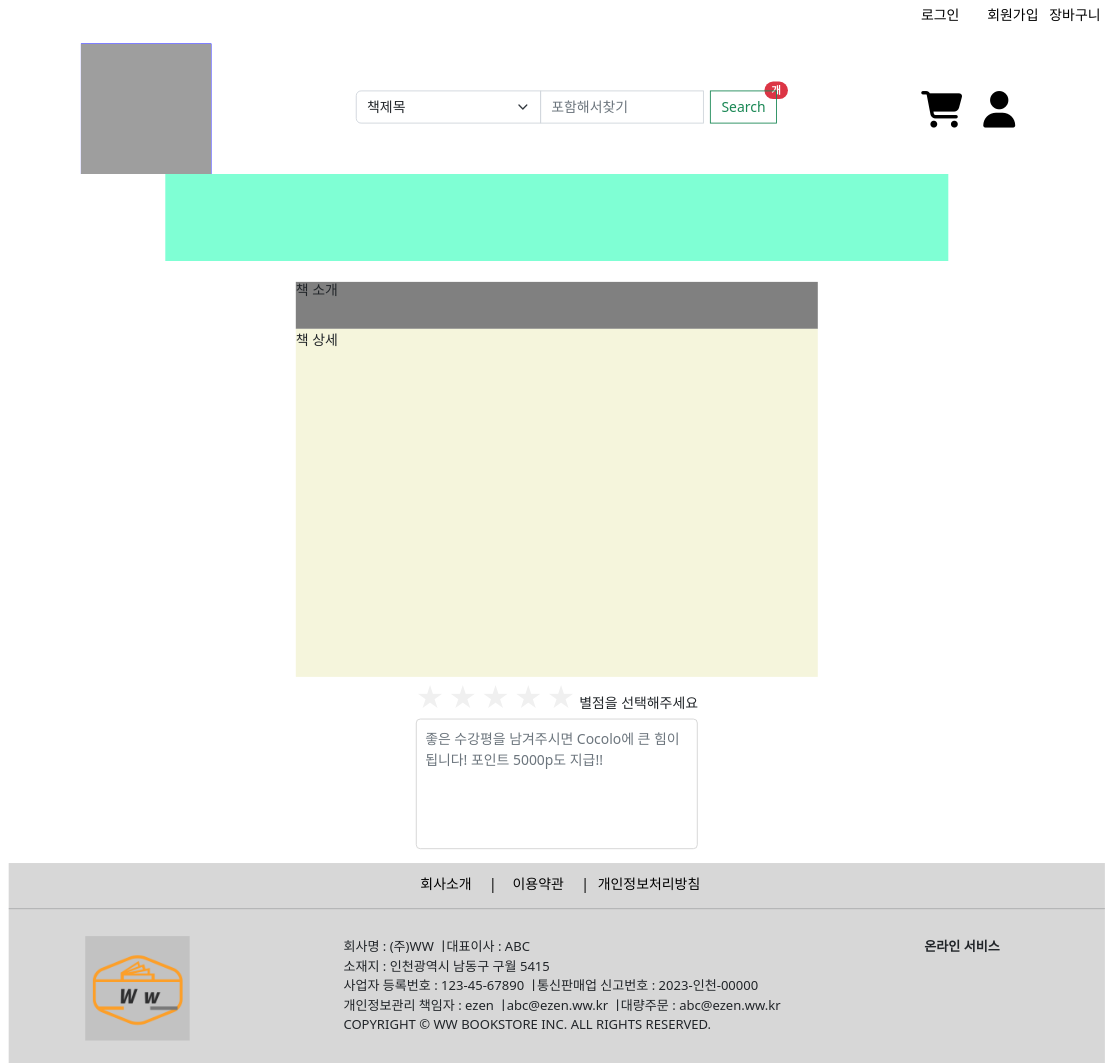
Repository: bongbongi/book1
Page: http://localhost/book/WEB-INF/views/book/bookDetailView.jsp
The author's editor kept a copy of each file at every save. The page is drawn from the files as they stood at one save, then again after the next save.
The browser window is 1280 px wide. The pictures show the whole page, at 87% of full size.
Pictures or frames that could not be fetched are drawn as grey boxes. Some web libraries are served in a nearby version. The page is served by Tomcat 9. Nobody is signed in. The template is opened directly, without the code that normally fills it, so the values that code supplies are empty.

Above is the page before, as saved 2023-01-17 08:47:03.

After the next save:
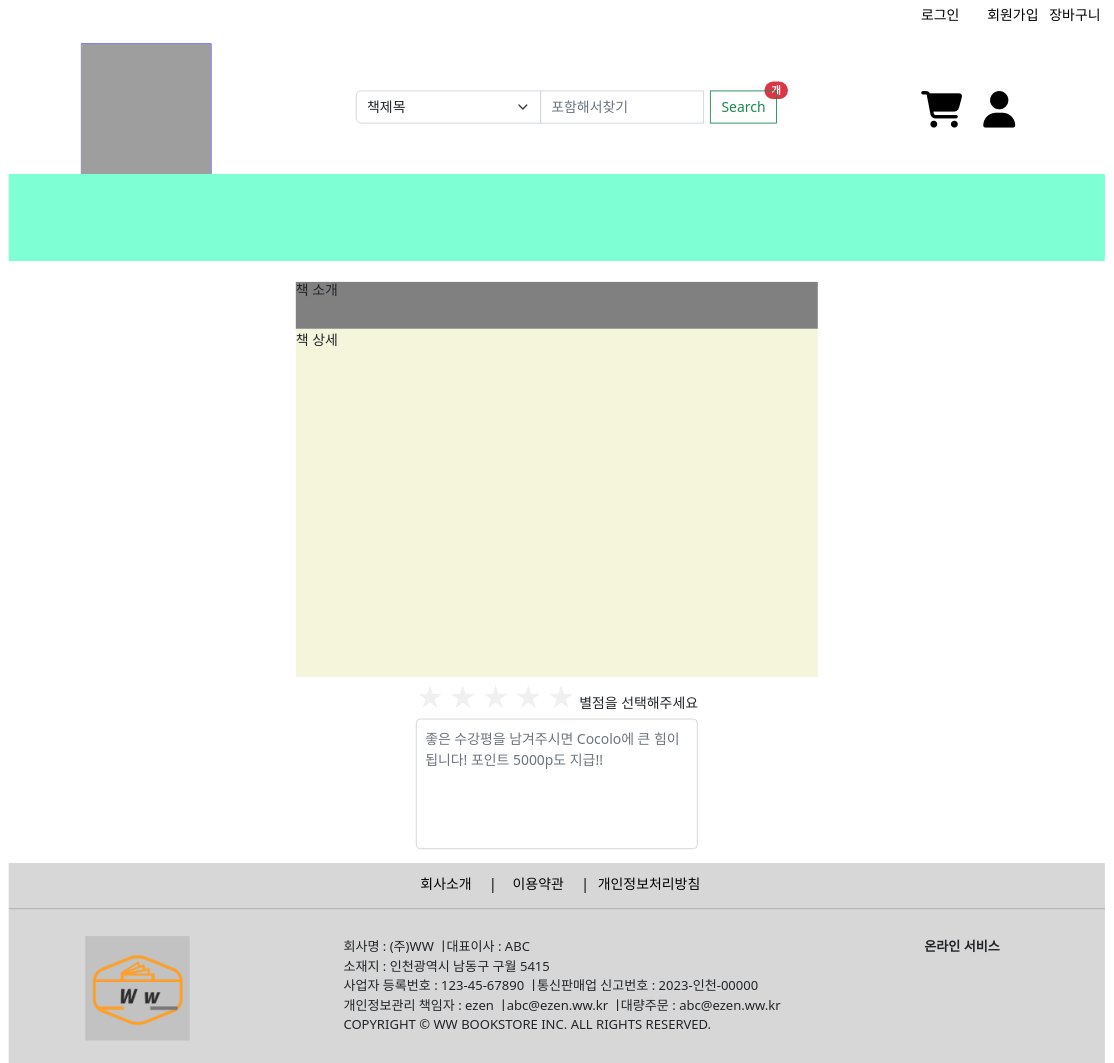
Saved 2 min 52 s later.
--- a/book/src/main/webapp/WEB-INF/views/book/bookDetailView.jsp
+++ b/book/src/main/webapp/WEB-INF/views/book/bookDetailView.jsp
@@ -28,7 +28,7 @@
 }
 
 .title {
-    width: 900px;
+    width: 1260px;
     height: 100px;
     font-size: 55px;
     text-align: center;
